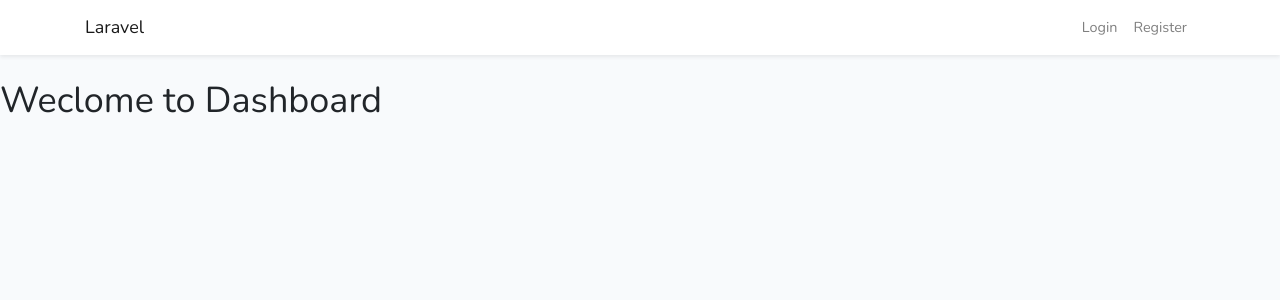
Repository: mohamedelbadawi/Simple-galley-using-laravel
Page: http://localhost/admin/dashboard
These files come from the project's save history. The page is drawn as it stood at one moment and after the next save; the edit follows.
The browser window is 1280 px wide. The pictures show the whole page.
The page is served by the project's Laravel application, run on PHP 8.4 with Laravel 8. Other server files are loaded and not shown.

Above is the page before, as saved 2021-08-31 09:10:33.

### Gallery/routes/web.php
<?php

use Illuminate\Support\Facades\Auth;
use Illuminate\Support\Facades\Route;

/*
|--------------------------------------------------------------------------
| Web Routes
|--------------------------------------------------------------------------
|
| Here is where you can register web routes for your application. These
| routes are loaded by the RouteServiceProvider within a group which
| contains the "web" middleware group. Now create something great!
|
 */

Route::get('/', function () {
    return view('gallery/index');
});

Route::get('/home', function () {
    return view('gallery/index');
});

Route::get('/index', function () {
    return view('gallery/index');
})->name('index');

Route::get('/gallery', function () {
    return view('gallery/gallery');
})->name('gallery');

Route::get('/about', function () {
    return view('gallery/about');
})->name('about');

Route::get('/contact', function () {
    return view('gallery/contact');
})->name('contact');
Route::get('/blog', function () {
    return view('gallery/blog');
})->name('blog');

Route::prefix('admin')->group(function () {
    Auth::routes();
    Route::get('/dashboard', function () {
        return view('admin/dashboard');
    });
});

### Gallery/resources/views/admin/Dashboard.blade.php
@extends('layouts.app')

@section('content')

<h1 class="m-auto">Weclome to Dashboard</h1>
@endsection

Loaded but not shown: Gallery/app/Http/Controllers/Auth/ConfirmPasswordController.php (common file); Gallery/app/Http/Controllers/Controller.php (common file); Gallery/resources/views/layouts/app.blade.php (common file); Gallery/public/css/app.css (library)

After the next save:
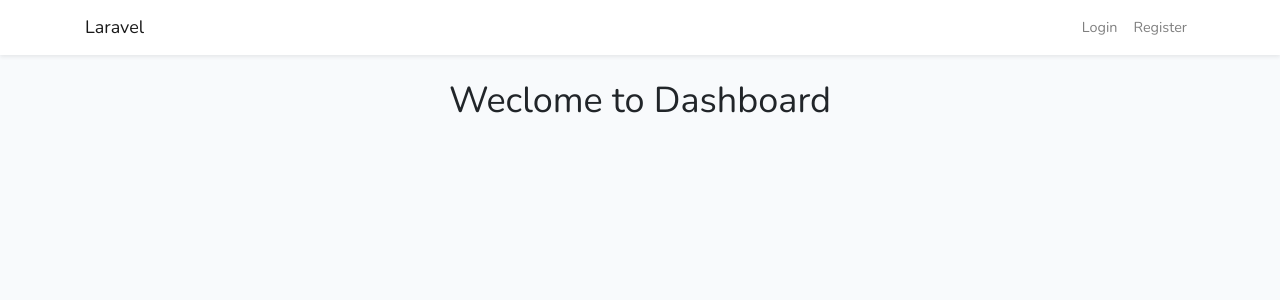
Saved 10 s later.
--- a/Gallery/resources/views/admin/Dashboard.blade.php
+++ b/Gallery/resources/views/admin/Dashboard.blade.php
@@ -2,5 +2,5 @@
 
 @section('content')
 
-<h1 class="m-auto">Weclome to Dashboard</h1>
+<h1 class="text-center">Weclome to Dashboard</h1>
 @endsection
